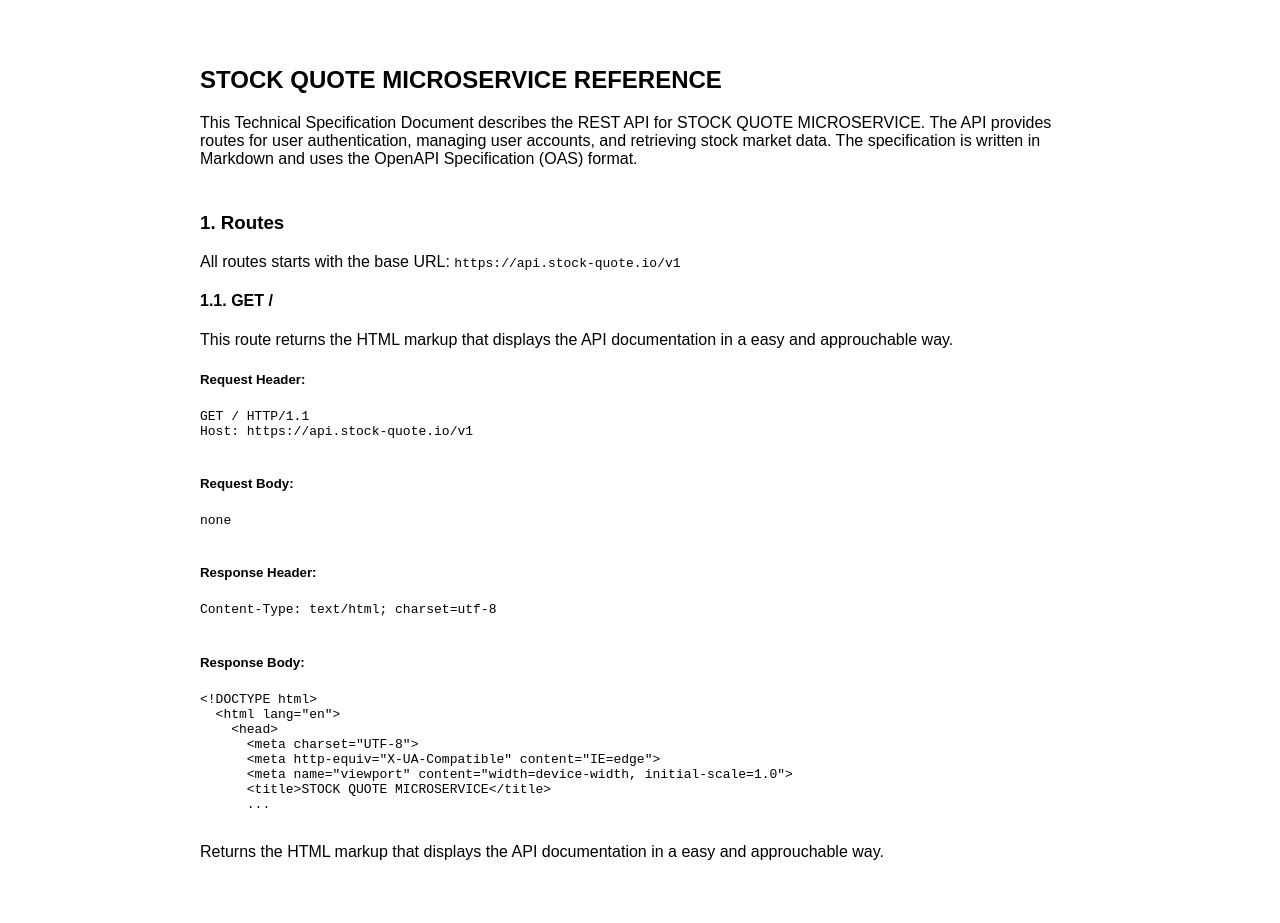
Repository: miguelamello/nest-js
Page: stock-service/reference.html
An editor plug-in stored every save of this project. The page is shown before and after the next save, followed by the edit.
The browser window is 1280 px wide. The pictures show the whole page.

Above is the page before, as saved 2023-04-03 13:48:39.

After the next save:
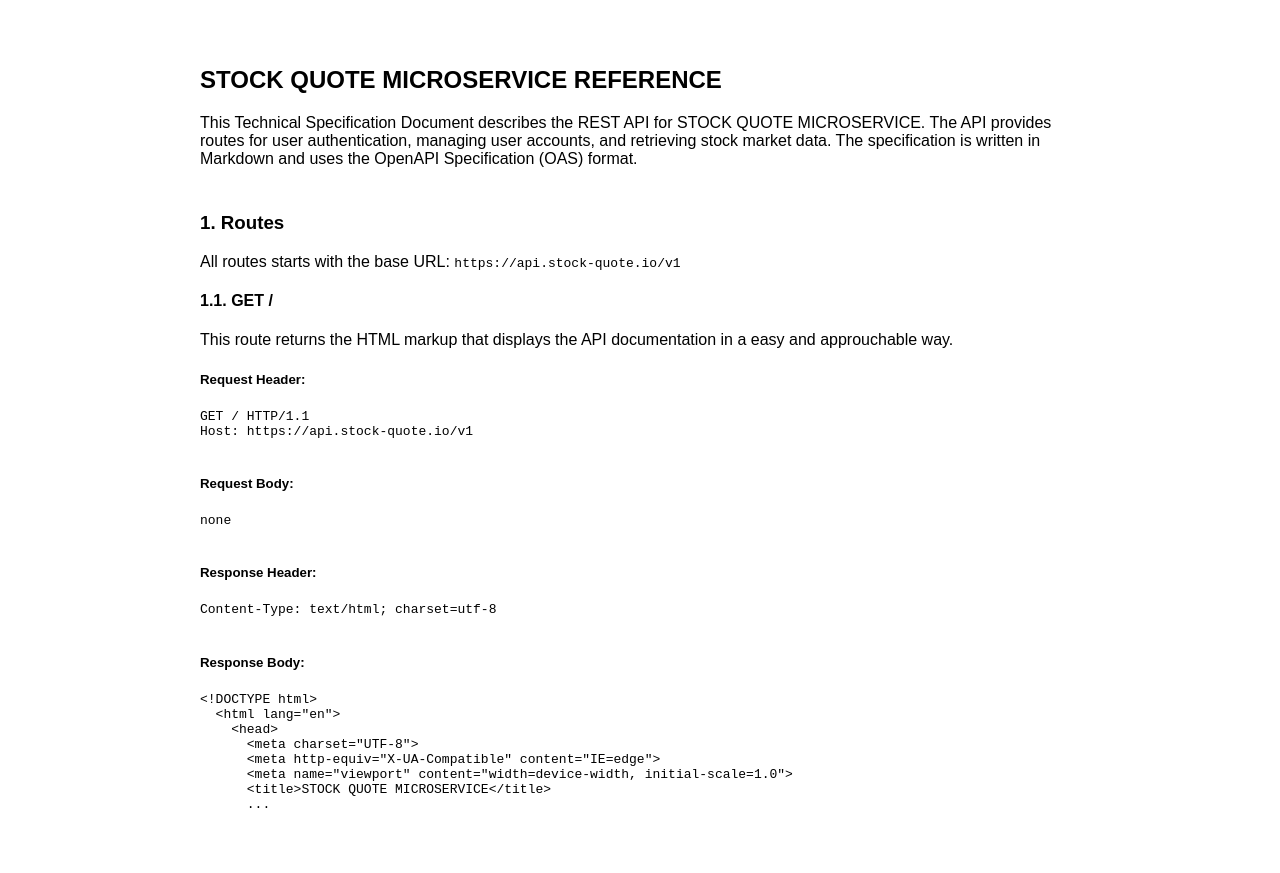
Saved 33 s later.
--- a/stock-service/reference.html
+++ b/stock-service/reference.html
@@ -68,9 +68,5 @@ Content-Type: text/html; charset=utf-8
       ...
   </pre>
 
-  <p>
-    Returns the HTML markup that displays the API documentation in a easy and approuchable way.
-  </p>
-
 </body>
 </html>
